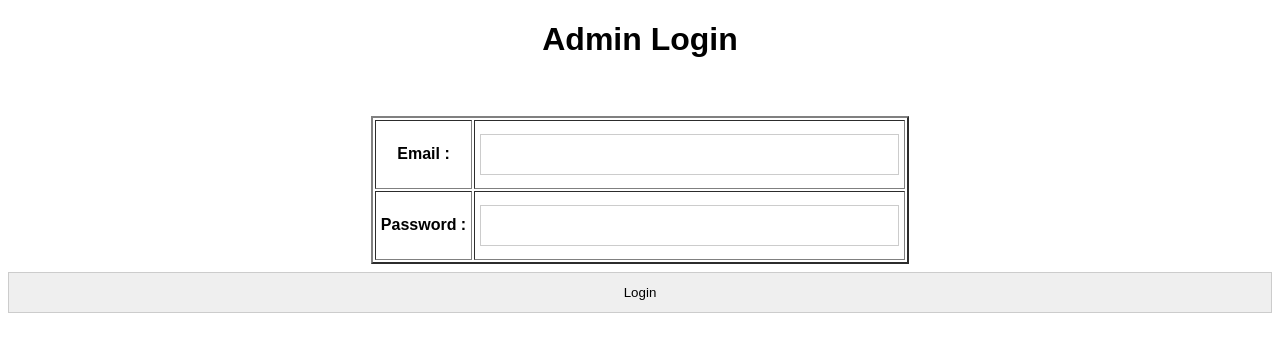
Repository: Pravesh105/FlyAway
Page: http://localhost/FlyAway/AdminLogin.jsp
These files come from the project's save history. The page is drawn as it stood at one moment and after the next save; the edit follows.
The browser window is 1280 px wide. The pictures show the whole page.
The page is served by Tomcat 9.

Above is the page before, as saved 2023-01-15 14:14:04.

After the next save:
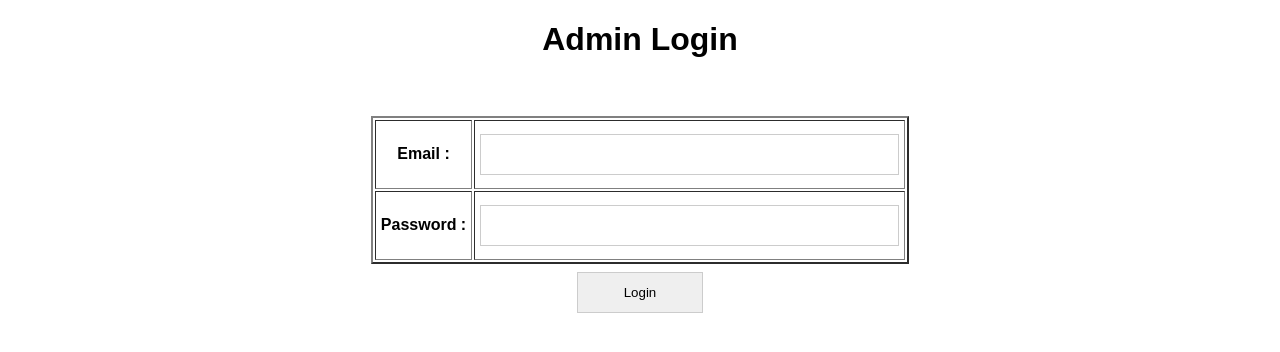
Saved 21 s later.
--- a/FlyAway/src/main/webapp/WEB-INF/style.css
+++ b/FlyAway/src/main/webapp/WEB-INF/style.css
@@ -19,7 +19,7 @@ input[type=text], input[type=password] {
   box-sizing: border-box;
 }
 input[type=submit], input[type=Login] {
-  width: 100%;
+  width: 10%;
   padding: 12px 20px;
   margin: 8px 0;
   display: inline-block;
